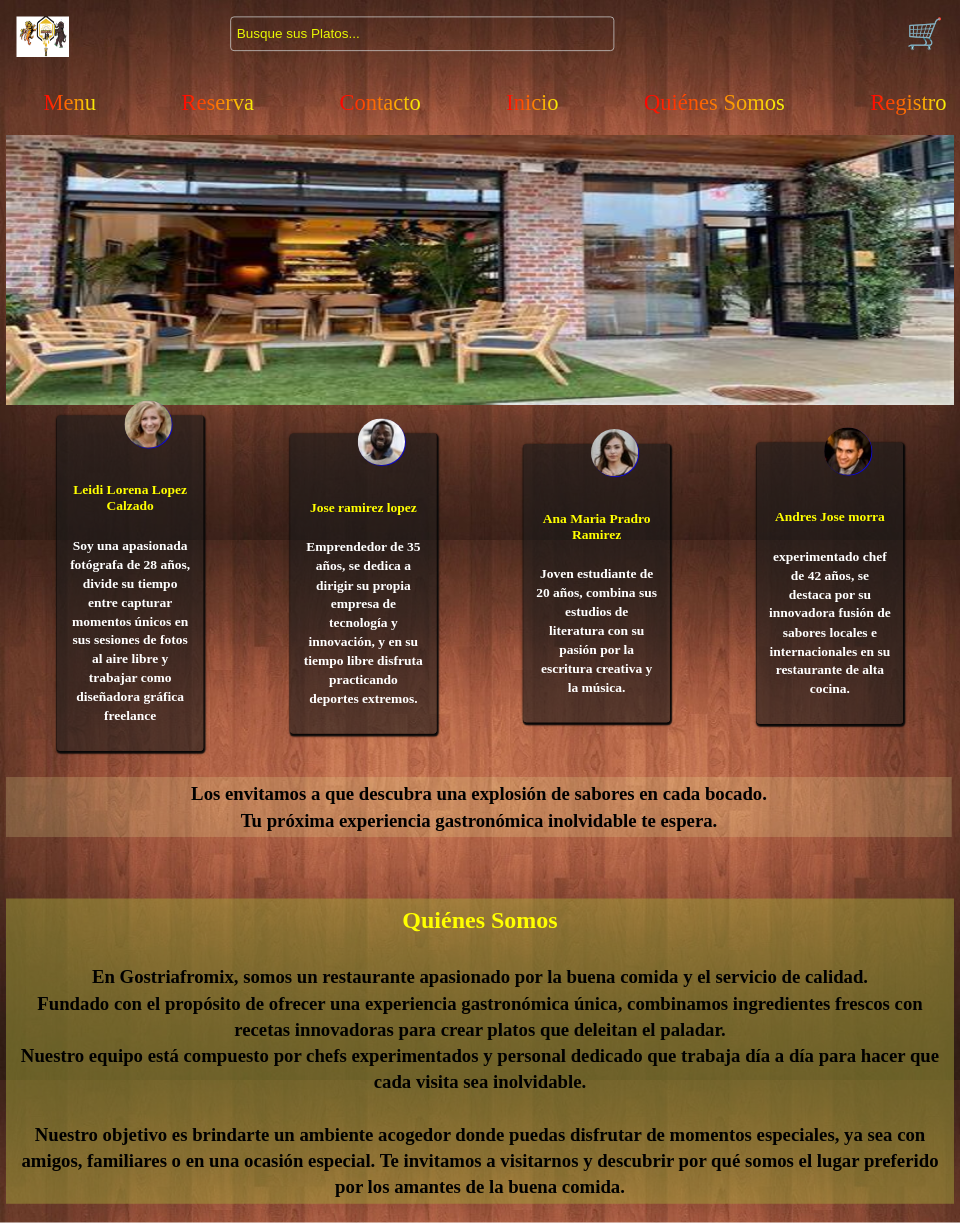
Repository: ye909/app_restaurante
Page: index.html
The author's editor kept a copy of each file at every save. The page is drawn from the files as they stood at one save, then again after the next save.
The browser window is 1280 px wide. The pictures show the whole page, at 75% of full size.
Backgrounds fixed to the window are drawn as part of the page.

Above is the page before, as saved 2025-01-12 09:46:17.
Console error: ReferenceError: menuItems is not defined

### index.html
<!DOCTYPE html>
<html lang="en">

<head>
  <meta charset="UTF-8">
  <meta name="viewport" content="width=device-width, initial-scale=1.0">
  <title>Document</title>
  <link rel="Icon" href="./public/imagen/letra.ico">
  <link rel="stylesheet" href="/css/menu_principal.css">
  <link rel="stylesheet" href="/css/footer.css">
  <link rel="stylesheet" href="/css/heder.css">
  <link rel="stylesheet" href="/css/modal_card.css">
  <link rel="stylesheet" href="/css/stilo.css">
  <link rel="stylesheet" href="/css/menu_navegacion.css">
  <link rel="stylesheet" href="/css/reservar.css">

</head>

<body>
  <header>
    <div class="container_header_card">
      <div class="imagen"><img src="/public/imagen/login.gif" alt=""></div>

      <input type="text" id="buscar" class="buscar" placeholder="Busque sus Platos...">
      <ul id="productList" class="productList"></ul>

      <div id="cart-btn" class="shopping">🛒</div>

  </header>



  <h1 class="bienvenida" id="bienvenida">BIENVENIDOS/A</h1>
  <nav>
    <ul>
      <li id="menu-btn"><a href="#">Menu</a></li>

      <li><a href="./maquetacion/templei/reserva.html" target="_self">Reserva</a></li>
      <li><a href="#contacto">Contacto</a></li>
      <li><a href="./public/templeis/login.html" target="_self">Inicio</a></li>
      <li><a href="#somos">Quiénes Somos</a></li>
      <li><a href="./public/templeis/registro.html" target="_self">Registro</a> </li>
    </ul>
  </nav>
 <img src="./public/imagen/rrstaurante1.jpg" alt="" class="imgRestaurante" id="imgRestaurante">

  <main id="menu-view" class="menu-view">
    <div class="filter-buttons">
      <button class="filter" data-region="Todos">Todos</button>
      <button class="filter" data-region="Latinoamérica">Latinoamérica</button>
      <button class="filter" data-region="Centroamérica">Centroamérica</button>
      <button class="filter" data-region="Suramérica">Suramérica</button>
    </div>
    <div id="menu-items" class="menu-items"></div>

    <audio id="clickSound" src="./public/imagen/audio/mouse_btn3.mp3"></audio>
  </main>


  <main id="cart-view" class="cart-view">
    <h2 class="carro">Carrito de Compras</h2>
    <div id="cart-items" class="cart-items"></div>
    <div class="cart-total">
      <p>Total: <span id="cart-total">$0.00</span></p>
      <button id="back-to-menu">Volver al Menú</button>
      <button id="Domicilio"> <a href="./maquetacion/templei/domicilio.html"  target="_self">Domicilio</a></button>

    </div>
  </main>

  <div class="container_card_persona">

    <article class="container_persona">
      <img src="./public/imagen/mona.jpg" alt=""><br><br>
      <h3>Leidi Lorena Lopez Calzado</h3>
      <p>Soy una apasionada fotógrafa de 28 años,
         divide su tiempo entre capturar momentos
         únicos en sus sesiones de fotos al aire libre
         y trabajar como diseñadora gráfica freelance </p>
    </article>

    <article class="container_persona">
      <img src="./public/imagen/afro.jpg" alt=""><br><br>
      <h3>Jose ramirez lopez</h3>
      <p>Emprendedor de 35 años,
         se dedica a dirigir su propia empresa de
         tecnología y innovación, y en su tiempo libre
          disfruta practicando deportes extremos.
        </p>
    </article>


    <article class="container_persona">
      <img src="./public/imagen/indigena.jpg" alt=""><br><br>
      <h3>Ana Maria Pradro Ramirez</h3>
      <p>Joven estudiante
         de 20 años, combina sus estudios de
          literatura con su pasión
        por la escritura creativa y la música.</p>
    </article>

    <article class="container_persona">
      <img src="./public/imagen/mestizo.jpg" alt=""><br><br>
      <h3>Andres Jose morra</h3>
      <p>experimentado chef de 42 años,
        se destaca por su innovadora fusión
        de sabores locales e internacionales
        en su restaurante de alta cocina.</p>
    </article>


  </div>
  <p class="text_invitacion"> Los envitamos a que descubra una explosión de sabores en cada bocado. <br>
    Tu próxima experiencia gastronómica inolvidable te espera.
  </p>
  <br> <br>

  <div class="quienes_somos" id="somos">
    <h1 class="titu_quienson">Quiénes Somos</h1>
    <p>En <strong>Gostriafromix</strong>, somos un restaurante apasionado por la buena comida y el servicio de calidad.
      <br>
      Fundado con el propósito de ofrecer una experiencia gastronómica única, combinamos ingredientes frescos con
      recetas innovadoras para crear platos que deleitan el paladar. <br>
      Nuestro equipo está compuesto por chefs experimentados y personal dedicado que trabaja día a día para hacer que
      cada visita sea inolvidable.
    </p>
    <p>Nuestro objetivo es brindarte un ambiente acogedor donde puedas disfrutar de momentos especiales, ya sea con
      amigos, familiares o en una ocasión especial. Te invitamos a
      visitarnos y descubrir por qué somos el lugar preferido por los amantes de la buena comida.</p>
  </div>

  <!--

  <footer>
    <div class="conataine_footer">
      <div>
        <h4>Servicio al ciudadano</h4>
        <p><span>L</span>ínea directa <br> <br> (601) 2773555</p>
        <p id="domicilio"><span>S</span>ervicios ha domicilio<br> <br>328866178 <br><br>Dirreccion calle 12# 43-23 sur
        </p>

      </div>

      <div>
        <h4>Lineas de atencion</h4>
        <p><span>E</span>n Bogotá, <br> desde fijo o celular, al <br><br>
          (601) 307 70 51 <br><br>
          01 8000 930100 <br><br>
          <span>D</span>esde celular marca <br><br>
          #961
        </p>
      </div>
      <div>
        <h4>Redes</h4>
        <div><a href=""><i class="fa-brands fa-facebook"> </i></a> Facebook</div>
        <div><a href=""><i class="fa-brands fa-twitter"></i></a>Twitter</div>
        <div><a href=""><i class="fa-brands fa-linkedin"></i> </a>Linkedin</div>
        <div><a href=""><i class="fa-brands fa-instagram"></i></a> Instagram</div>
      </div>
      <div>
        <h4 id="contacto">Contacto</h4>
        <p><span>D</span>irección Nacional<br><br>
          <span>C</span>arrera 85K No. 46A-66<br><br>
          <span>b</span>ogotá D.C., Colombia<br><br>
          <span>T</span>eléfono administrativo<br><br>
          (60)1 419 3000
        </p>
      </div>

      <div>
        <h4> Canales de atención</h4>
        <p><a href="#">Preguntas frecuentes</p></a><br>
        <p><a href="#">Escríbe tu PQRS</p></a><br>
        <p><a href="#">Nuestras sedes</p></a>
      </div>
    </div>
  </footer>
  <div class="container_final">2024 Bogota Colombia D.C</div> -->


  <script src="./js/script.js"></script>
  <script src="./js/productos.js"></script>
  <script src="./js/dinamico.js"></script>
</body>

</html>

### css/menu_principal.css
 :scope{

    padding: 0%;
    margin: 0%;
    overflow: scroll;
}

html {
    scroll-behavior: smooth;
    background-image: url(../public/imagen/janos.jpg);
    background-repeat: no-repeat;
    background-size: cover;
    background-attachment: fixed;
    background-size: 100% 100%;
    height: auto;
  }
  .container_card_persona {
    display: flex;
    justify-content: space-around;
    align-items: center;
    flex-direction: row;
    flex-wrap: wrap;
    padding: 10px;
  }
  .container_persona {

    width: 14%;
    background: rgba(26, 25, 25, 0.6);
    border-radius: 4px;
    color: white;
    padding: 10px;
    height: auto;
    box-shadow: rgb(8, 8, 8) 1px 2px 2px 2px;
  }
  .container_persona img {
    object-fit: cover;
    width: 36%;
    margin-left: 80px;
    margin-top: -30px;
    border-radius: 80px;
    box-shadow: rgb(8, 4, 247) 1px 1px 1px;
  }
  .container_persona p,h3 {
    padding: 6px;
    font-size: 18px;
    text-align: center;
  }

  h3 ,.titu_quienson{
    color: yellow;
  }
  .text_invitacion {
    font-size: 25px;
    line-height: 1.4;
    width: 99%;
    text-align: center;
    background: rgba(232, 232, 157, 0.2);
  }
  .quienes-somos {
    width: 100%;
    text-align: center;
    background: rgba(232, 232, 157, 0.4);
  }
  .quienes-somos p {
    font-size: 30px;
    line-height: 1.4;
  }

### css/footer.css
.conataine_footer {
  display: flex;
  justify-content: space-between;
  flex-direction: row;
  flex-wrap: wrap;
  margin: 10px;
}

p {

  padding: 5px;
  font-size: 20px;
  font-weight: bold;
}
span {
  font-size: 25px;
}
.quienes_somos {
  background:rgba(161, 161, 59, 0.5);
}
.quienes_somos p{
  text-align: center;
font-size: 25px;
}
:is(.container_final) {
  display: flex;
  justify-content: center;
  align-items: center;
}

h4 {
  color: blue;
  font-size: 30px;
}
:is(.container_final, h4, i) {
  padding: 10px;
}
.container_final {
  background: rgba(12, 12, 12, 0.2);
  color: white;
}
.fa-facebook {
  color: rgb(5, 5, 253);
}
.fa-twitter {
  color: rgb(8, 123, 245);
}
.fa-linkedin {
  color: rgb(71, 71, 155);
}
.fa-instagram {
  color: rgb(243, 17, 17);
}
a {
  cursor: pointer;

}
footer a {
  font-size: 20px;
  color: white;
}
footer {
  background: rgba(10, 10, 10, 0.6);
  color: white;
}

### css/heder.css
.container_header_card{
    display: flex;
    justify-content: space-between;
    justify-items: center;
    flex-direction: row;
    flex-wrap: wrap;
    padding: 14px;
    }

 .productList {
     list-style-type: none;
     padding: 0;
 }

 .productList li {
     padding: 10px;
     border-bottom: 1px solid #ccc;
 }

 .productList li:last-child {
     border-bottom: none;
 }

  .container_header_card img{
    width: 70px;
}
  .shopping{
    font-size: 40px;
cursor: pointer;
}
.buscar::placeholder{
    color:rgb(232, 248, 3);
    font-size: 18px;
}

.buscar {
    width: 40%;
    height: 3.9vh;
    background:transparent;
    color:white;
    font-size: 18px;
    border-radius: 5px;
    margin-left: 20px;
}
:is(.bienvenida,
 .buscar){
     padding: 8px;
 }
 .bienvenida{
    background-image:linear-gradient(to left, rgb(4, 151, 4), rgb(248, 244, 7),  red,rgb(14, 14, 240));
    -webkit-text-fill-color:transparent;
    -webkit-background-clip: text;
    background-clip: text;
    text-align: center;


}

### css/modal_card.css
t-items{
     display: none;
}
.menu-items{
  width: 100%;
  height: 100%;
  background: rgba(12, 12, 12, 0.7);
  position: absolute;
}
.card {
display: inline-block;
justify-content: space-between;
flex-direction: row;
flex-wrap: wrap;
margin: 20px;

}
/* .menu-view img{
  width: 1%;
}
.cart-view img{
  width: 6000px;
} */
.card {
  width: 15%;
  height: 40vh;
  padding: 10px;
  background: rgba(0, 0, 0, 0.4);
  border-radius: 10px;
  box-shadow: rgb(8, 4, 247) 1px 1px 1px 3px ;
}

.card img {
  width: 60%;
  height: auto;
  object-fit: cover;
  border-radius: 5px;
}
.cart-view,.menu-view{
  display: none;
}
h1{
  text-align: center;
  padding: 10px;

}
.carro{
  color:yellow;
}

.cart-total {
  text-align: right;
  margin: 20px;
}


.cart-total{
  font-size: 20px;
  color:blue;
}
button {
  width: 270px;
  padding: 10px;

  /* margin: 10px;
  transition: background-color 0.3s ease, transform 0.2s ease;
  border-radius: 20px ;
  background: rgba(247, 247, 248, 0.568) ;
  color: blue;
  font-size: 20px; */
}
/* button:hover {
  border: none;
  background: #0606f8fd;
  color: black;
  box-shadow: rgb(7, 71, 236) 2px 2px 2px, rgb(7, 71, 236) 2px 2px 2px,
    rgb(7, 71, 236) 2px 2px 2px, rgb(7, 71, 236) 2px 2px 2px;
}
     .card button {
  margin-top: 10px;
  background-color: #007bff;
  color: white;
  border: none;
  padding: 10px;
  border-radius: 5px;
  cursor: pointer;
}

.card button:hover {
  background-color: #0056b3;
} */

### css/stilo.css


/*

    .filter-buttons {
      margin: 20px;
      text-align: center;
    }

    .filter {
      margin: 5px;
      padding: 10px 15px;
      background-color: #007bff;
      color: white;
      border: none;
      cursor: pointer;
      border-radius: 5px;
    }

    .filter:hover {
      background-color: #0056b3;
    }
    .menu-items,.cart-view{
      display: flex;
      justify-content: space-between;
      justify-content: center;
      flex-direction: row;
      flex-wrap: wrap;
      gap: 20px;
    }
     */

### css/menu_navegacion.css


ul{
display: flex;
justify-content: space-between;
text-align: center;
flex-direction: row;
flex-wrap: wrap;
}
li{
    font-size: 30px;
    list-style: none;
margin: 10px;

}
.imgRestaurante {
    width: 100%;
    height: 50vh;

  }
a{

    list-style: none;
    text-decoration: none;
    color: blue;
}
li:hover{
    transition: 1s ease , transform 1s ease;
    border-bottom: 2px solid yellow;


}
nav a{
    background-image:linear-gradient(to left, rgb(248, 244, 7),  red);
    -webkit-text-fill-color:transparent;
    -webkit-background-clip: text;
    background-clip: text;
    text-align: center;
}

### css/reservar.css

html {
    scroll-behavior: smooth;
    background-image: url(../public/imagen/fondo_card.jpg);
    background-repeat: no-repeat;
    background-size: cover;
    background-attachment: fixed;
    background-size: 100% 100%;
    height: auto;
  }
.container {
    max-width: 450px;
    margin: 100px 700px;
    background:rgba(14, 13, 13,0.3);
    box-shadow: rgb(7, 71, 236)  1px 1px 1px 2px,rgb(7, 71, 236) 1px  1px 1px 2px;
    padding: 20px;
    border-radius: 8px;

}
.form{
  padding: 10px;
  margin-left: 30px;
}
.title {
    text-align: center;
    font-size: 30px;
    margin-bottom: 20px;
  }

  .form-group {
    margin-bottom: 15px;
  }


  label {
    display: block;
    margin-bottom: 5px;
    font-weight: bold;
    font-size: 25px;
  }
  ::placeholder{
    font-size: 20px;
  }
  input:focus{

  outline: 1px solid #007BFF;
  background:transparent;
  color:white;
  }
  input, textarea {
    width: 80%;
    padding: 10px;
    border: 1px solid #ccc;
    border-radius: 4px;
  }
  #hora{
    width: 60%;
  }

  .inline-group {
    display: flex;
    gap: 15px;
  }

  .inline-group > div {
    flex: 1;
  }

  textarea {
    resize: vertical;
  }

.submit-button {
  width: 86%;
  padding: 10px;
  background-color: #007BFF;
  color: white;
  border: none;
  border-radius: 4px;
  font-size: 16px;
  cursor: pointer;
}

.submit-button:hover {
  background-color: #0056b3;
}

/*crear la animacion donde el mensaje salga de ariba asta el centro de la panta */

.container_modal_reserva{
  transition: 2s;
  max-width: 450px;
  margin: 100px 700px;
  background:rgba(14, 13, 13,0.3);
  box-shadow: rgb(7, 71, 236)  1px 1px 1px 2px,rgb(7, 71, 236) 1px  1px 1px 2px;
  padding: 20px;
  border-radius: 8px;
 opacity: 0;

}
h1 {
  color: #007bff;
  text-align: center;
}
p {
  line-height: 1.4;
  font-size: 24px;
}
.mensaje{
  text-align: center;
  font-weight: bolder;
}
.validar_nombre{
    font-size: 30px;
    color: white;
}

### js/script.js

  let cart = [];
  let selectedRegion = "Todos";

  const menuView = document.getElementById("menu-view");
  const cartView = document.getElementById("cart-view");
  const menuItemsContainer = document.getElementById("menu-items");
  const cartItemsContainer = document.getElementById("cart-items");
  const cartTotal = document.getElementById("cart-total");

  document.querySelectorAll(".filter").forEach(button => {
    button.addEventListener("click", () => {
      selectedRegion = button.getAttribute("data-region");
      renderMenu();
    });
  });

  document.getElementById("menu-btn").addEventListener("click", () => {

    menuView.style.display = "block";
    cartView.style.display = "none";
    const  imgRestaurante = document.getElementById("imgRestaurante").remove()
    // audio de los botones
const playSound = function () {
  var audio = document.getElementById("clickSound");
  audio.play();
}
playSound()
  });

  document.getElementById("cart-btn").addEventListener("click", () => {
    menuView.style.display = "none";
    cartView.style.display = "block";
    renderCart();
  });

  document.getElementById("back-to-menu").addEventListener("click", () => {
    menuView.style.display = "block";
    cartView.style.display = "none";
  });

  function renderMenu() {
    menuItemsContainer.innerHTML = "";
    const filteredItems = selectedRegion === "Todos" ? menuItems : menuItems.filter(item => item.region === selectedRegion);
    filteredItems.forEach(item => {

      const card = document.createElement("div");
      card.className = "card";
      card.innerHTML = `
        <img src="${item.image}" alt="${item.name}">
        <h3>${item.name}</h3>
        <p>${item.description}</p>
        <p><strong>$${item.price.toFixed(2)}</strong></p>
        <button id="btnaudio" onclick="addToCart(${item.id})">Agregar</button>
      `;
      menuItemsContainer.appendChild(card);
    });
  }

  function renderCart() {
    cartItemsContainer.innerHTML = "";
    cart.forEach(item => {
      const cartItem = document.createElement("div");
      cartItem.className = "card";
      cartItem.innerHTML = `
        <h3>${item.name}</h3>
        <p>Cantidad: ${item.quantity}</p>
        <p><strong>$${(item.price * item.quantity).toFixed(2)}</strong></p>
      `;
      cartItemsContainer.appendChild(cartItem);
    });
    const total = cart.reduce((sum, item) => sum + item.price * item.quantity, 0);
    cartTotal.textContent = `$${total.toFixed(2)}`;
  }

  function addToCart(id) {
    const item = menuItems.find(item => item.id === id);
    const cartItem = cart.find(item => item.id === id);
    if (cartItem) {
      cartItem.quantity++;
    } else {
      cart.push({ ...item, quantity: 1 });
    }
  }

  renderMenu();

### js/productos.js
const menuItems = [
  {
    id: 1,
    name: "Bebida caliente",
    description: "Delicious tacos",
    price: 12.99,
    image: "./public/imagen/bebidas_calientes1.PNG",
    region: "Latinoamérica",
  },
  {
    id: 2,
    name: "carne",
    description: "Thick griddle cakes",
    price: 9.99,
    image: "/public/imagen/mexica1.jpg",
    region: "Centroamérica",
  },
  {
    id: 3,
    name: "Cerveza",
    description: "Fresh seafood",
    price: 15.99,
    image: "./public/imagen/cervezas.webp",
    region: "Bebida con alcol",
  },
  {
    id: 4,
    name: "plátanos rellenos",
    description: "Rellenos de bocadillo y queso",
    price: 15.99,
    image: "./public/imagen/platano.PNG",
    region: "Suramérica",
  },
  {
    id: 5,
    name: "Coltel",
    description: "Fresh seafood",
    price: 15.99,
    image: "./public/imagen/coltel.webp",
    region: "Bebida con alcol",
  },
  {
    id: 6,
    name: "Postre",
    description: "Sabor y dulsura en el plato",
    price: 15.99,
    image: "./public/imagen/postre2.PNG",
    region: "Suramérica",
  },
  {
    id: 7,
    name: "Lechona",
    description: "plátanos rellenos",
    price: 15.99,
    image: "./public/imagen/mexica2.jpg",
    region: "Suramérica",
  },
  {
    id: 8,
    name: "Sancocho",
    description: "Fresh seafood",
    price: 15.99,
    image: "./public/imagen/sancocho.webp",
    region: "Suramérica",
  },
  {
    id: 9,
    name: "Arrozanas",
    description: "Fresh seafood",
    price: 15.99,
    image: "./public/imagen/mexico6.jpg",
    region: "Suramérica",
  },
  {
    id: 10,
    name: "Licor",
    description: "Fresh seafood",
    price: 15.99,
    image: "./public/imagen/licores.webp",
    region: "Suramérica",
  },
  {
    id: 11,
    name: "Jugos",
    description: "Sabor natural",
    price: 15.99,
    image: "./public/imagen/JUGOS_NATURALES.jpg",
    region: "Suramérica",
  },
];

### js/dinamico.js




// texto de bienvenida

setTimeout(()=>{
    const bienvenida = document.getElementById("bienvenida").remove()
    bienvenida.style.transition=" background-color 0.3s ease, transform 0.7s ease; "
},3000)






// // Ejemplo de notificación (opcional)
// document.getElementById('btnboton_agregar').addEventListener('click', () => {
//     if (Notification.permission === 'granted') {
//         new Notification('¡Hola desde tu PWA!');
//     } else if (Notification.permission !== 'denied') {
//         Notification.requestPermission().then((permission) => {
//             if (permission === 'granted') {
//                 new Notification('¡Hola desde tu PWA!');
//             }
//         });
//     }
// });

After the next save:
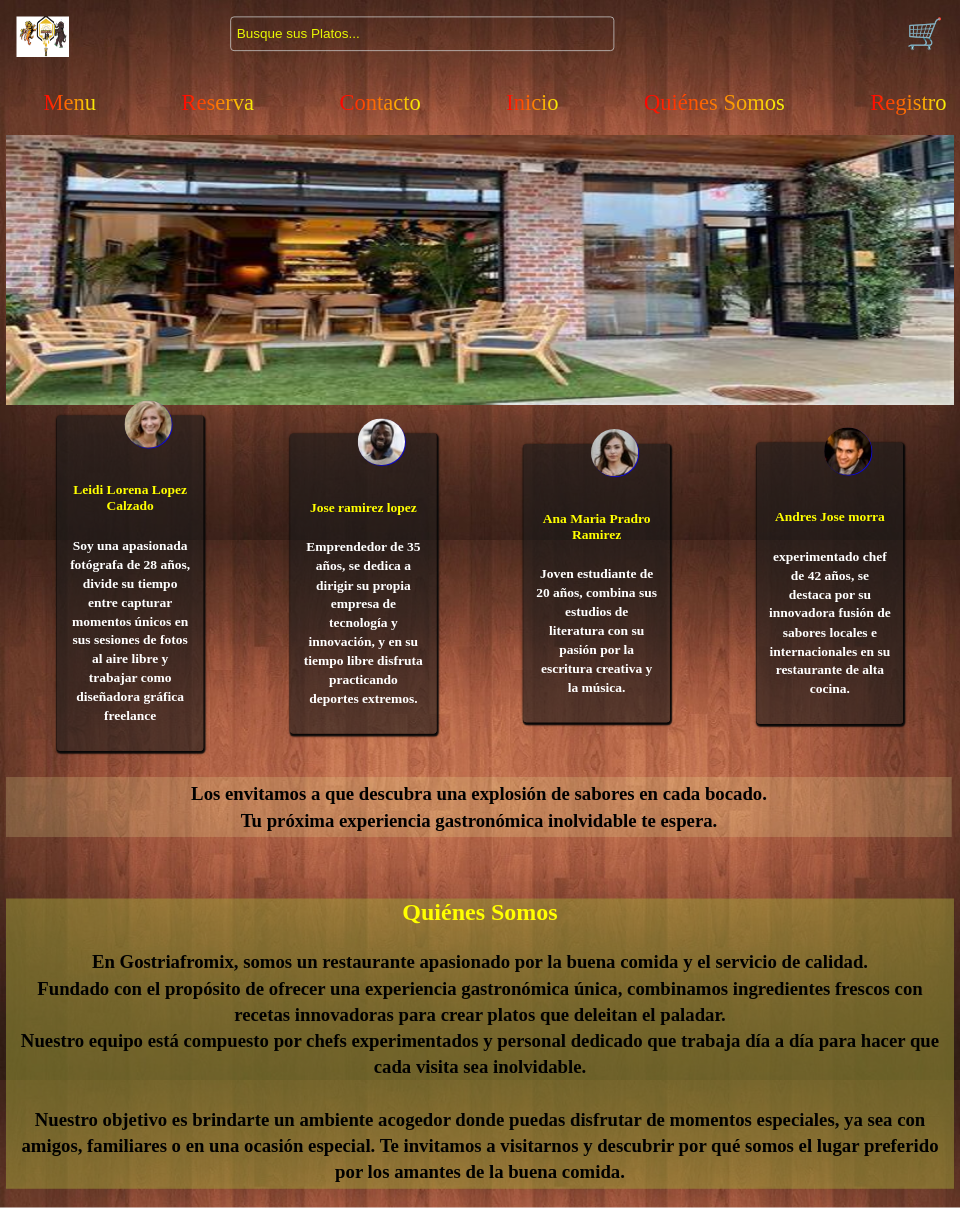
Saved 40 s later.
--- a/css/modal_card.css
+++ b/css/modal_card.css
@@ -39,11 +39,7 @@ margin: 20px;
 .cart-view,.menu-view{
   display: none;
 }
-h1{
-  text-align: center;
-  padding: 10px;
 
-}
 .carro{
   color:yellow;
 }
